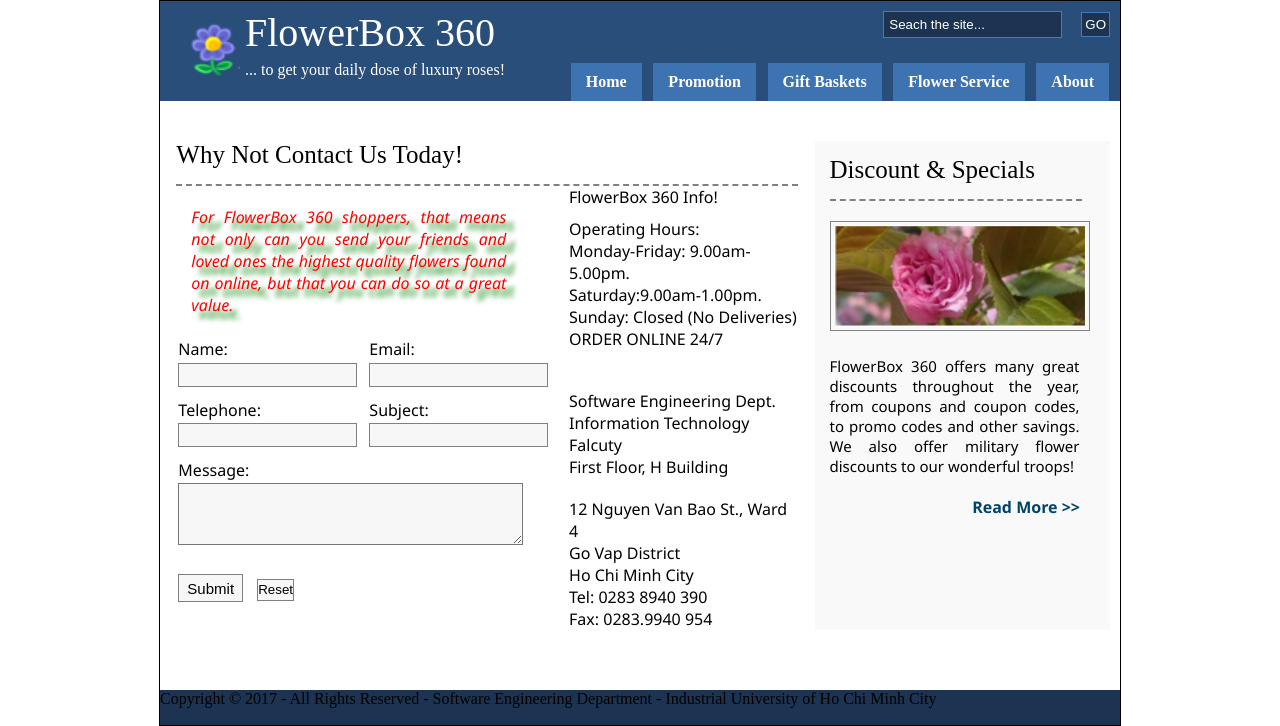
Repository: thu1365/BTKT_WEB
Page: HTML/btkt.html
An editor plug-in stored every save of this project. The page is shown before and after the next save, followed by the edit.
The browser window is 1280 px wide. The pictures show the whole page.

Above is the page before, as saved 2023-03-11 20:56:42.

After the next save:
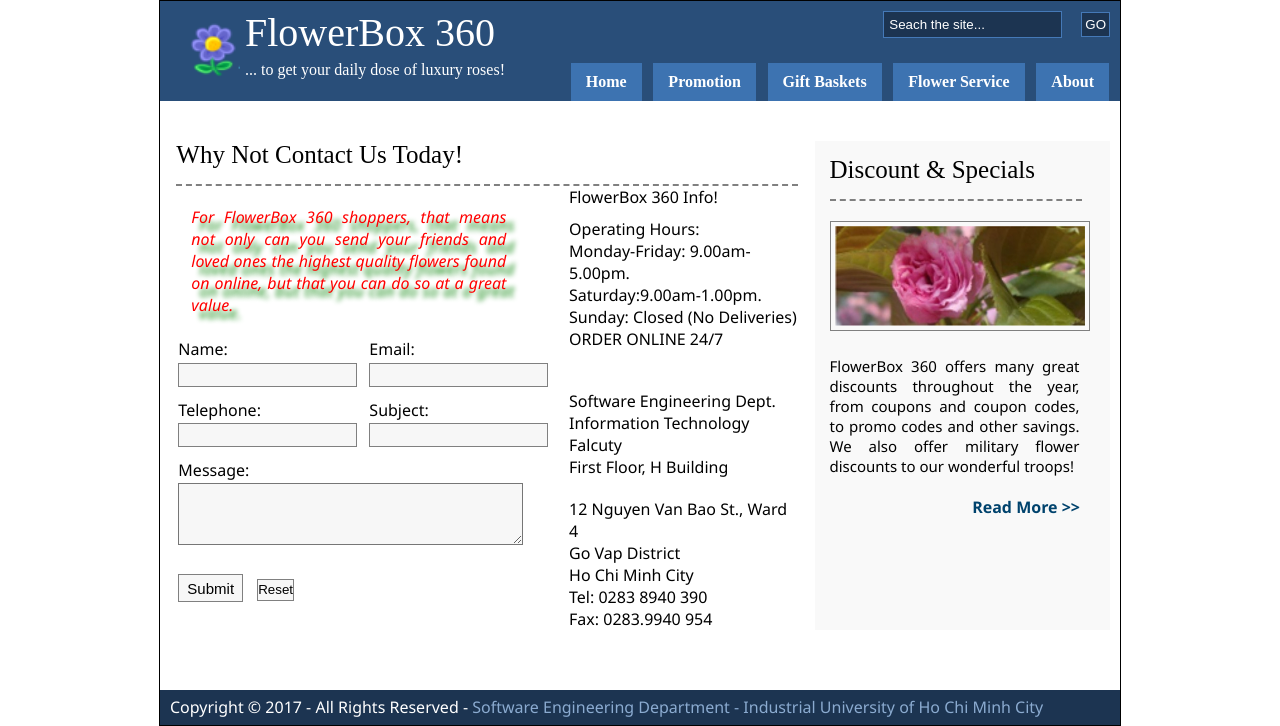
Saved 109 s later.
--- a/HTML/btkt.html
+++ b/HTML/btkt.html
@@ -361,7 +361,7 @@
             </div>
         </div>
         <footer>
-            <p id="footer_1><span class=" white ">Copyright © 2017 - All Rights Reserved -</span> Software Engineering Department - Industrial University of Ho Chi Minh City</p>
+            <p id="footer_1"><span class="white">Copyright © 2017 - All Rights Reserved -</span> Software Engineering Department - Industrial University of Ho Chi Minh City</p>
         </footer>
     </div>
 </body>
